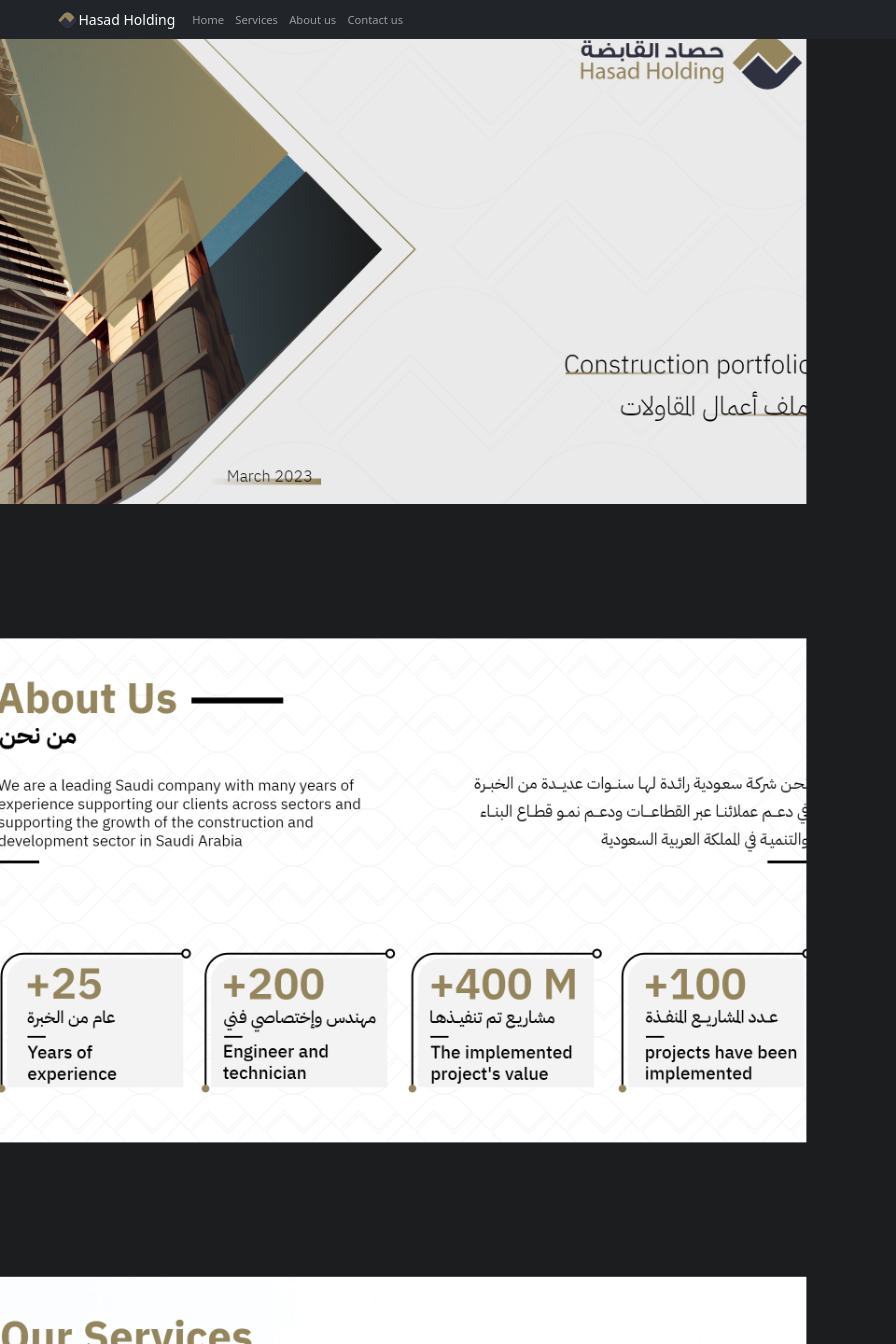
Repository: shahzaibrehman123/hasad-holding
Page: /
An editor plug-in stored every save of this project. The page is shown before and after the next save, followed by the edit.
The browser window is 1280 px wide. The pictures show the part of the page from y = 0 to 1920 px (the page is 6010 px tall), at 70% of full size.
The project was rebuilt for these pictures with package versions that can differ from the ones it lists, and the page was loaded fresh each time.

Above is the page before, as saved 2023-11-07 18:17:20.

After the next save:
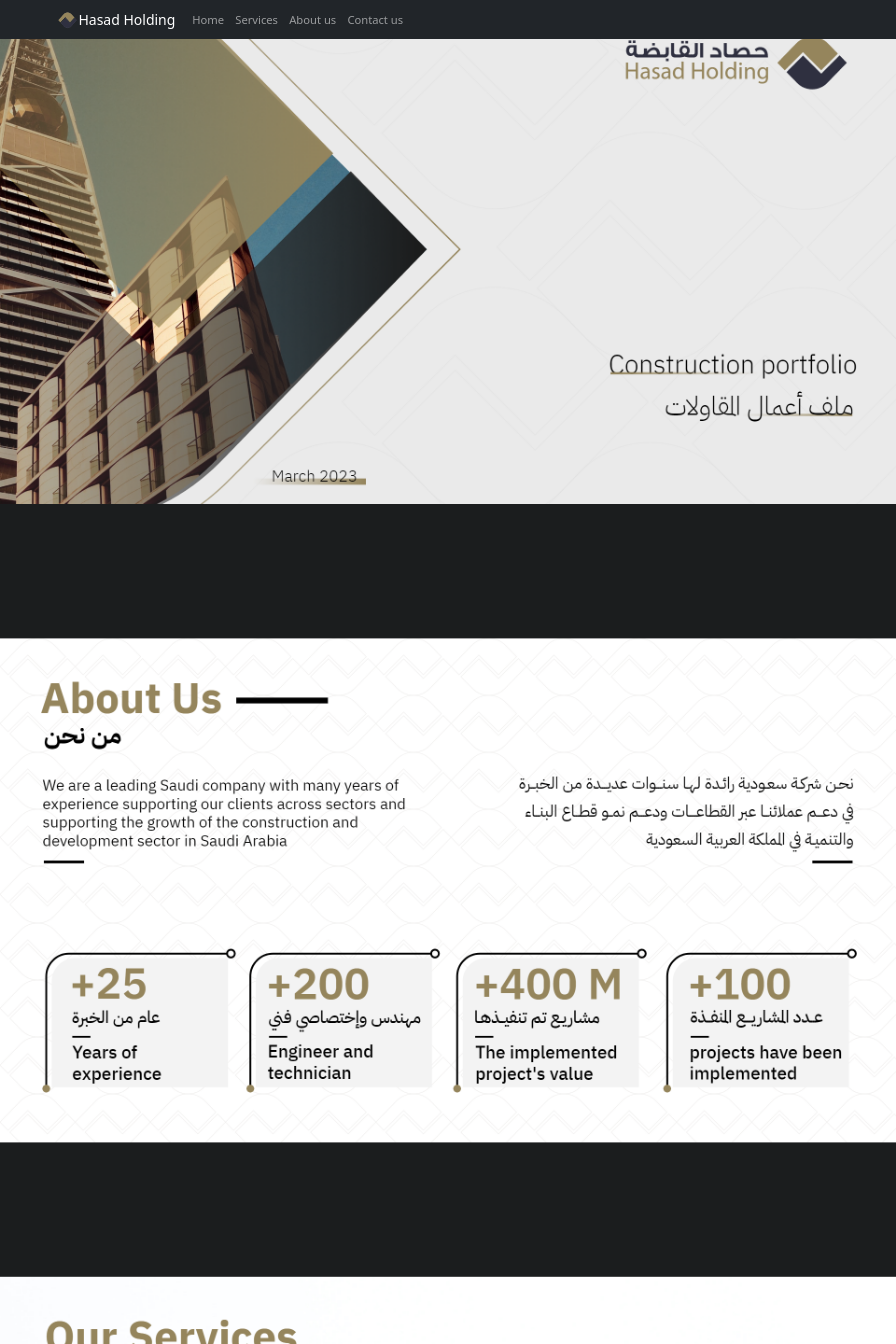
Saved 9 s later.
--- a/src/components/ClientAndPartners/style.css
+++ b/src/components/ClientAndPartners/style.css
@@ -1,7 +1,7 @@
 .cp-container{
     margin:0px 0px 15% 0px;
 }
-.img-responsive {
+.imgg-responsive {
     width: 90%;
     height: 100vh;
     object-fit: cover; /* or 'contain' depending on your needs */
